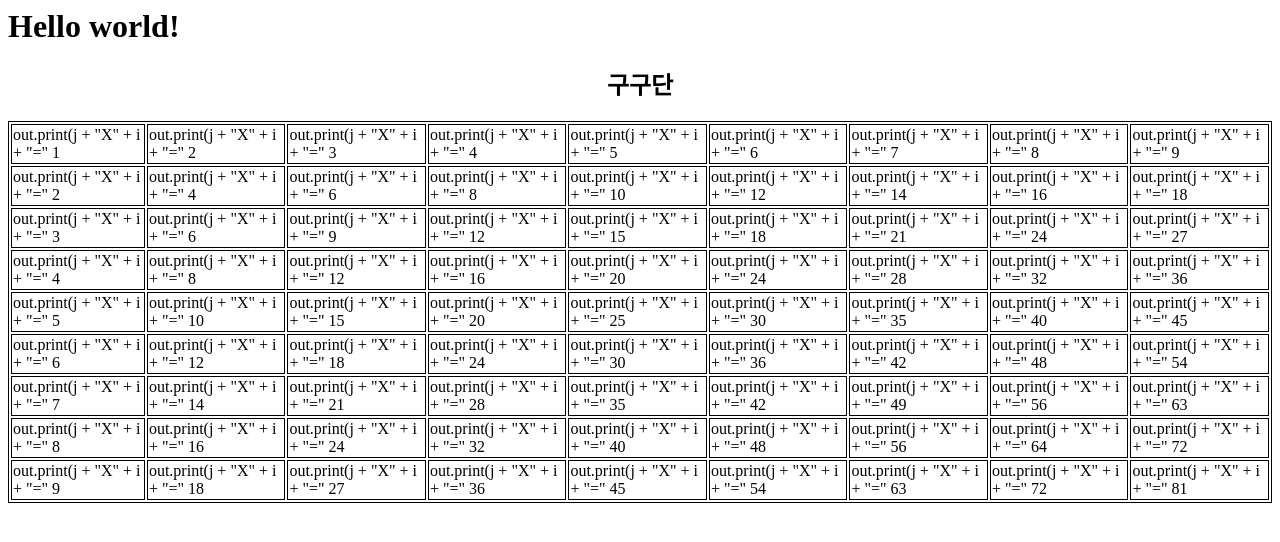
Repository: dhwngjs01/3-1_Spring_Server_Programming
Page: http://localhost/20230314_1to10/gugudan
These files come from the project's save history. The page is drawn as it stood at one moment and after the next save; the edit follows.
The browser window is 1280 px wide. The pictures show the whole page.
The page is served by Tomcat 9. Other server files are loaded and not shown.

Above is the page before, as saved 2023-03-14 05:54:33.

### 20230314_1to10/src/main/webapp/WEB-INF/views/gugudan.jsp
<%@ taglib uri="http://java.sun.com/jsp/jstl/core" prefix="c" %>
<%@ page session="false" contentType="text/html; charset=utf-8" %>
<html>
<head>
	<title>gugudan</title>
</head>
<body>
	<h1>Hello world!</h1>

	<h2 style="text-align:center;">구구단</h2>

	<table style="border:1px solid black">
		<tbody>
			<% for(int i = 1; i <= 9; i++){ %>
			<tr>
				<% for(int j = 1; j <= 9; j++){ %>
				<td style="border:1px solid black">out.print(j + "X" + i + "=" <%= i*j %></td>
				<% } %>
			</tr>
			<% } %>
		</tbody>
	</table>
</body>
</html>

After the next save:
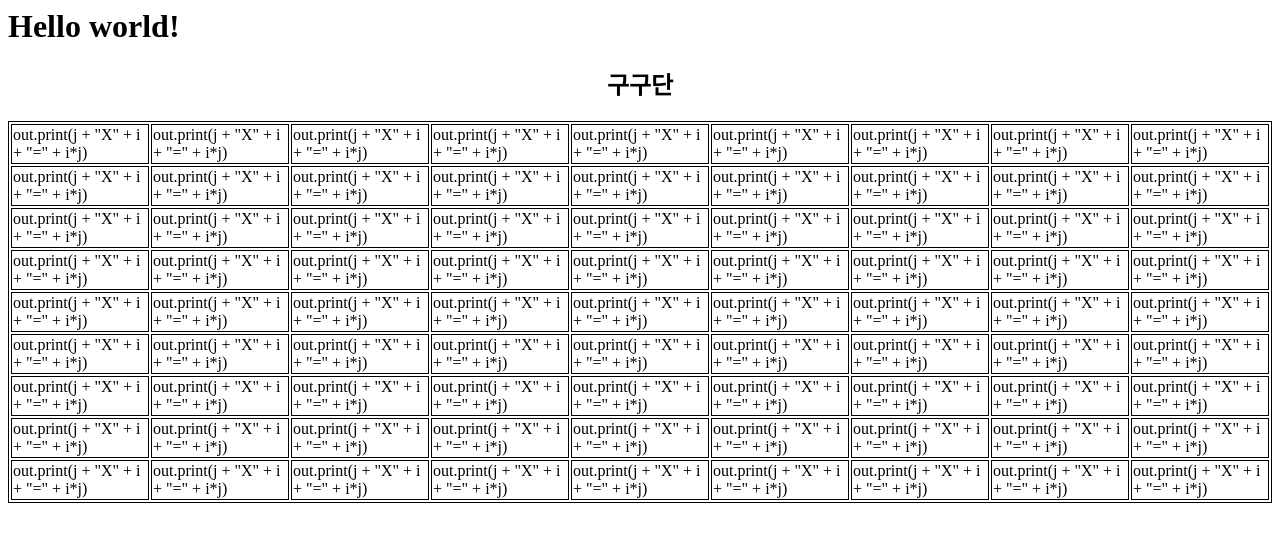
Saved 6 s later.
--- a/20230314_1to10/src/main/webapp/WEB-INF/views/gugudan.jsp
+++ b/20230314_1to10/src/main/webapp/WEB-INF/views/gugudan.jsp
@@ -14,7 +14,7 @@
 			<% for(int i = 1; i <= 9; i++){ %>
 			<tr>
 				<% for(int j = 1; j <= 9; j++){ %>
-				<td style="border:1px solid black">out.print(j + "X" + i + "=" <%= i*j %></td>
+				<td style="border:1px solid black">out.print(j + "X" + i + "=" + i*j)</td>
 				<% } %>
 			</tr>
 			<% } %>
